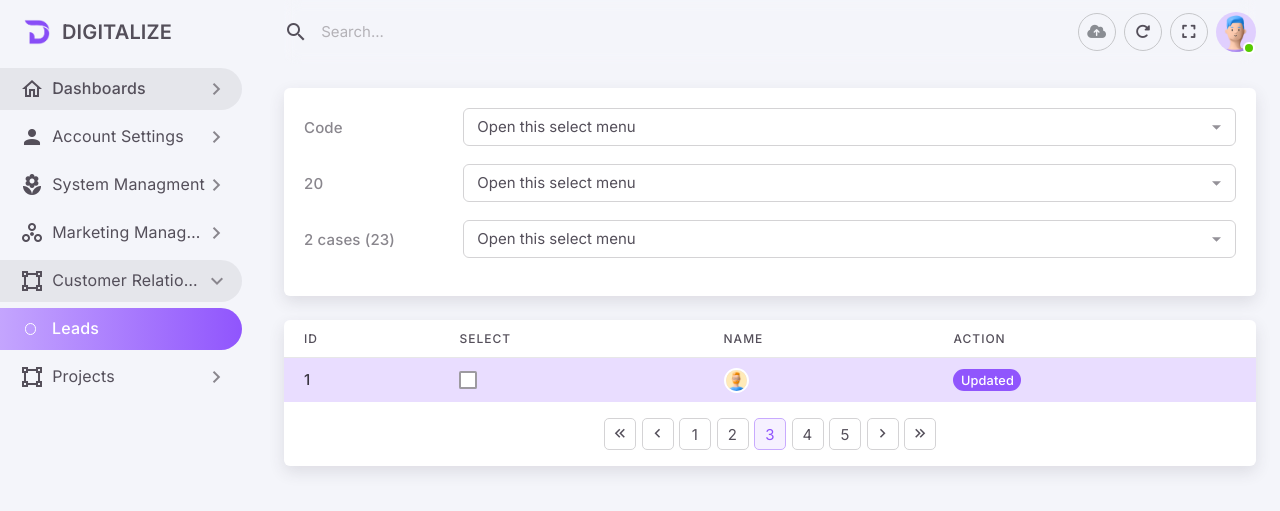
Repository: FadyFathey/sales-crm
Page: html/project-list.html
The author's editor kept a copy of each file at every save. The page is drawn from the files as they stood at one save, then again after a run of saves.
The browser window is 1280 px wide. The pictures show the whole page.
Some icons come from a web library that is not loaded, so they are not drawn. Some web libraries are served in a nearby version.

Above is the page before, as saved 2024-10-09 13:43:58.
Console error: ReferenceError: d3 is not defined

After the next 2 saves:
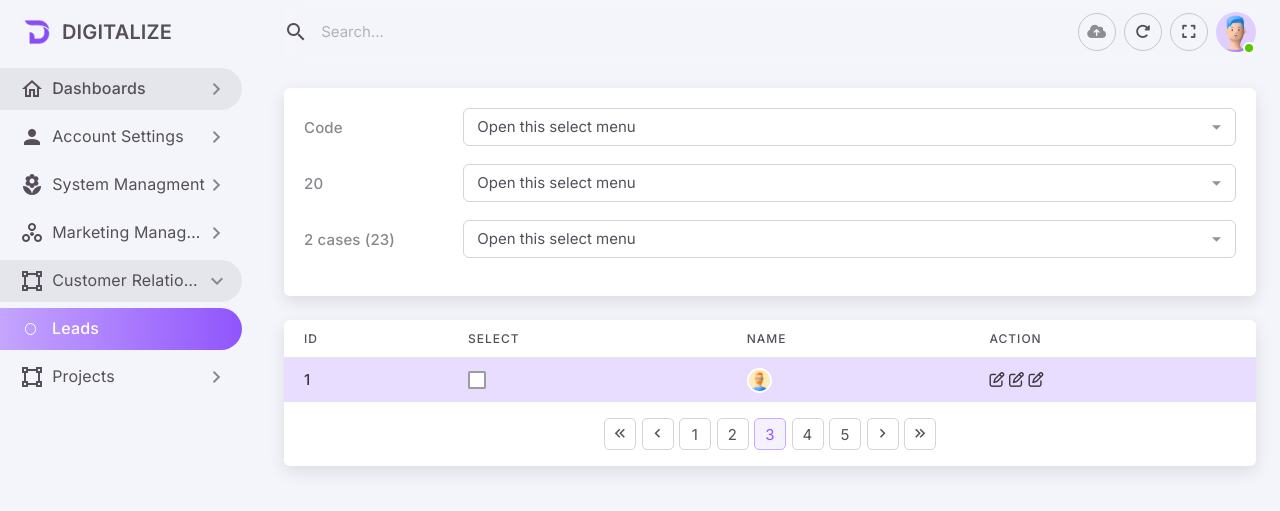
The 2 saves are shown as one change because they came seconds apart.
The last was saved 7 s later.
--- a/html/project-list.html
+++ b/html/project-list.html
@@ -409,7 +409,9 @@
                                                 </ul>
                                             </td>
                                             <td>
-                                                <span class="badge rounded-pill bg-primary me-1">Updated</span>
+                                                <i class="fa-regular fa-pen-to-square"></i>
+                                                <i class="fa-regular fa-pen-to-square"></i>
+                                                <i class="fa-regular fa-pen-to-square"></i>
                                             </td>
                                         </tr>
                                     </tbody>
